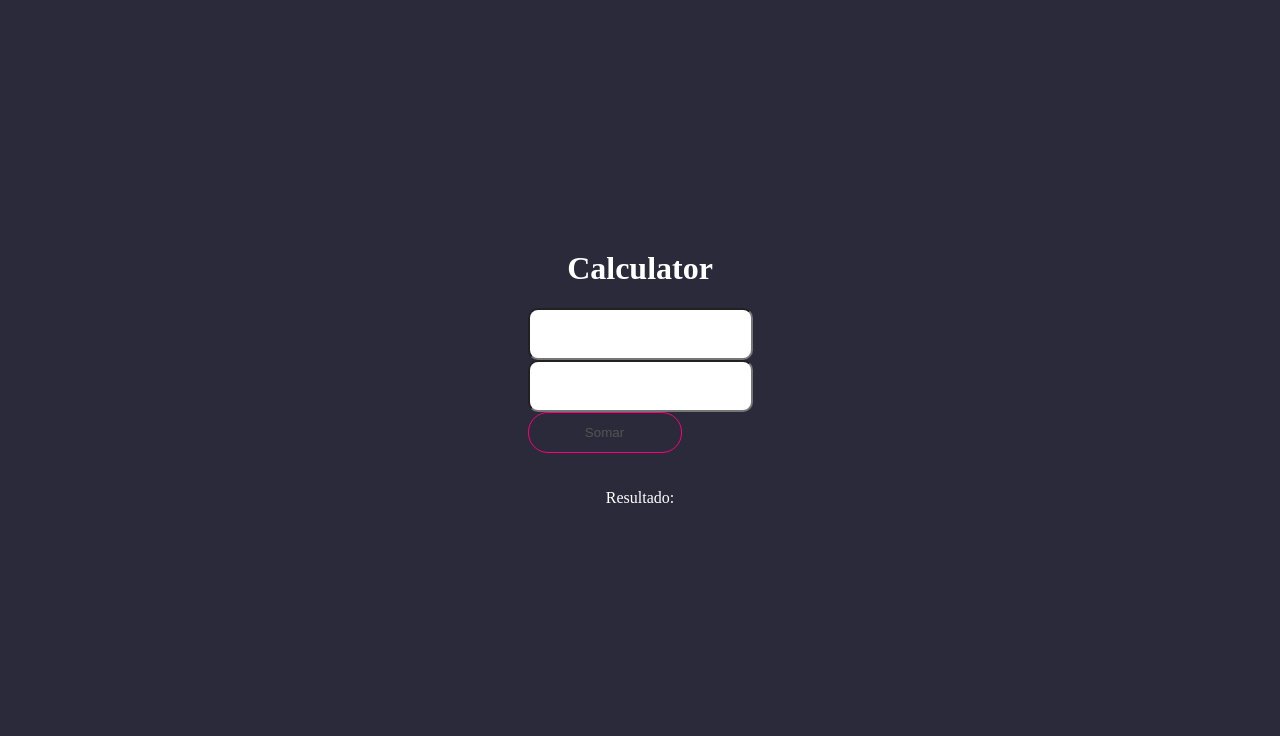
Repository: MilenaMelo/test-calculator-selenium
Page: calculadora.html
The author's editor kept a copy of each file at every save. The page is drawn from the files as they stood at one save, then again after the next save.
The browser window is 1280 px wide. The pictures show the whole page.

Above is the page before, as saved 2021-04-29 16:53:53.

After the next save:
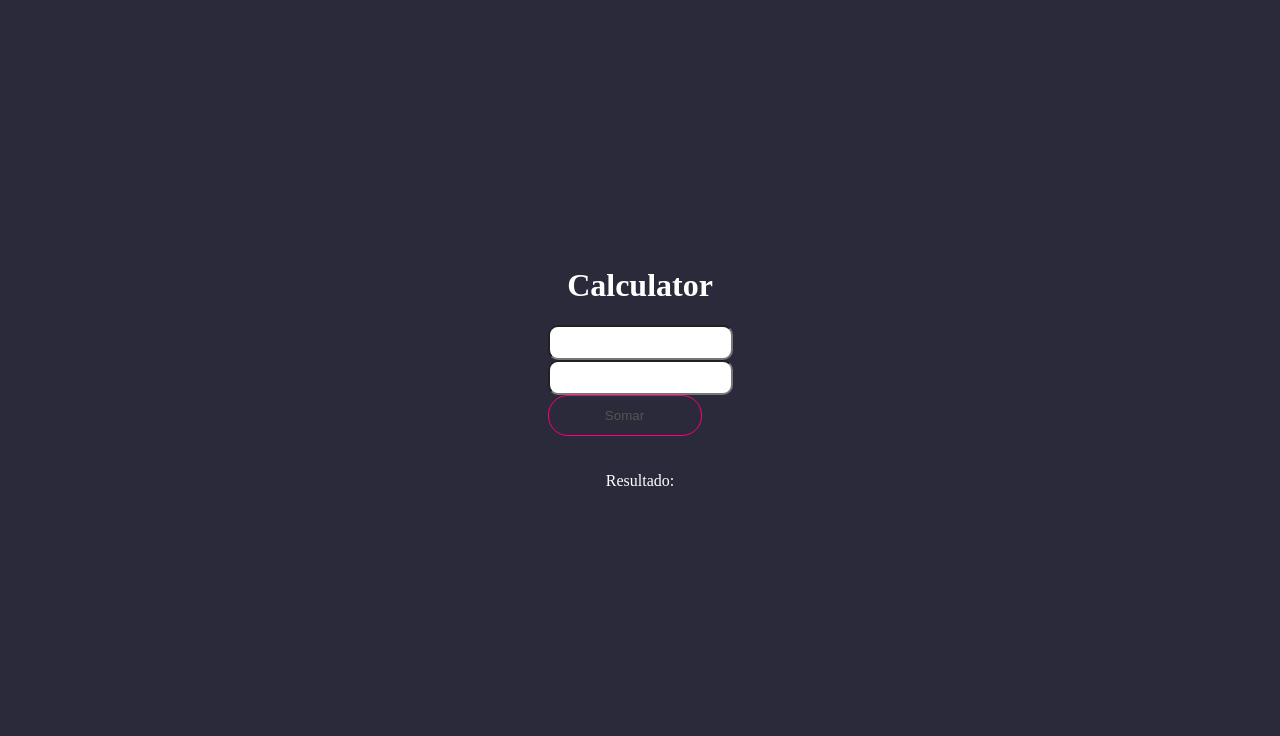
Saved 114 s later.
--- a/style.css
+++ b/style.css
@@ -8,12 +8,9 @@ body {
 }
 
 input {
-    height: 52px;
+    height: 35px;
     box-sizing: border-box;
     border-radius: 10px;
-    padding: 0 20px 0 20px;
-    font-size: 14px;
-    color: #545454;
 }
 
 button {
